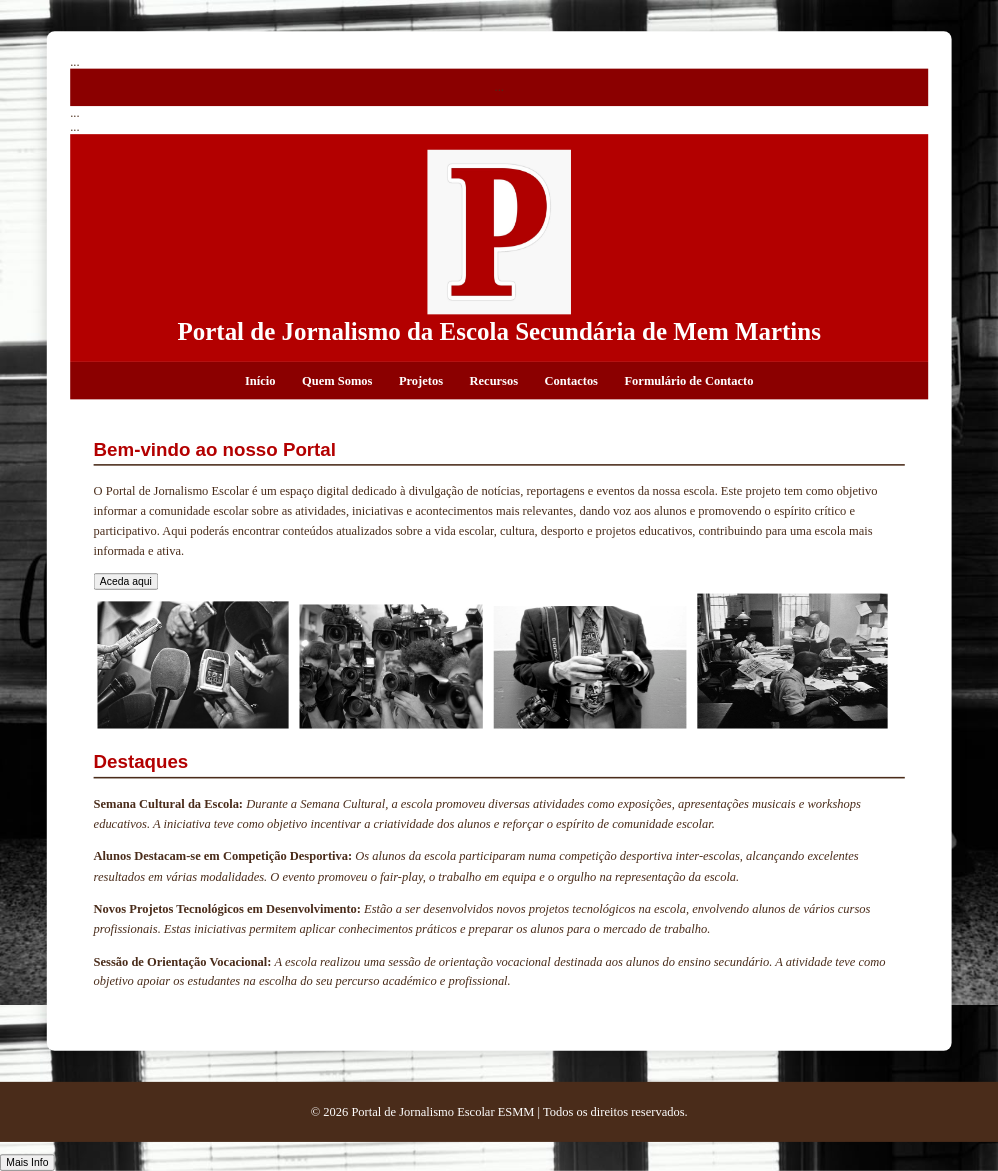
Repository: Sofiampsantos/Portal-de-Jornalismo-Escolar
Page: ProjetoProgV2/FormularioContacto/src/main/webapp/index.html
The author's editor kept a copy of each file at every save. The page is drawn from the files as they stood at one save, then again after the next save.
The browser window is 1280 px wide. The pictures show the whole page, at 78% of full size.
Backgrounds fixed to the window are drawn as part of the page. Some web fonts or font styles are not loaded; a fallback is used.

Above is the page before, as saved 2026-05-23 18:24:19.
Console error: ReferenceError: documemnt is not defined

After the next save:
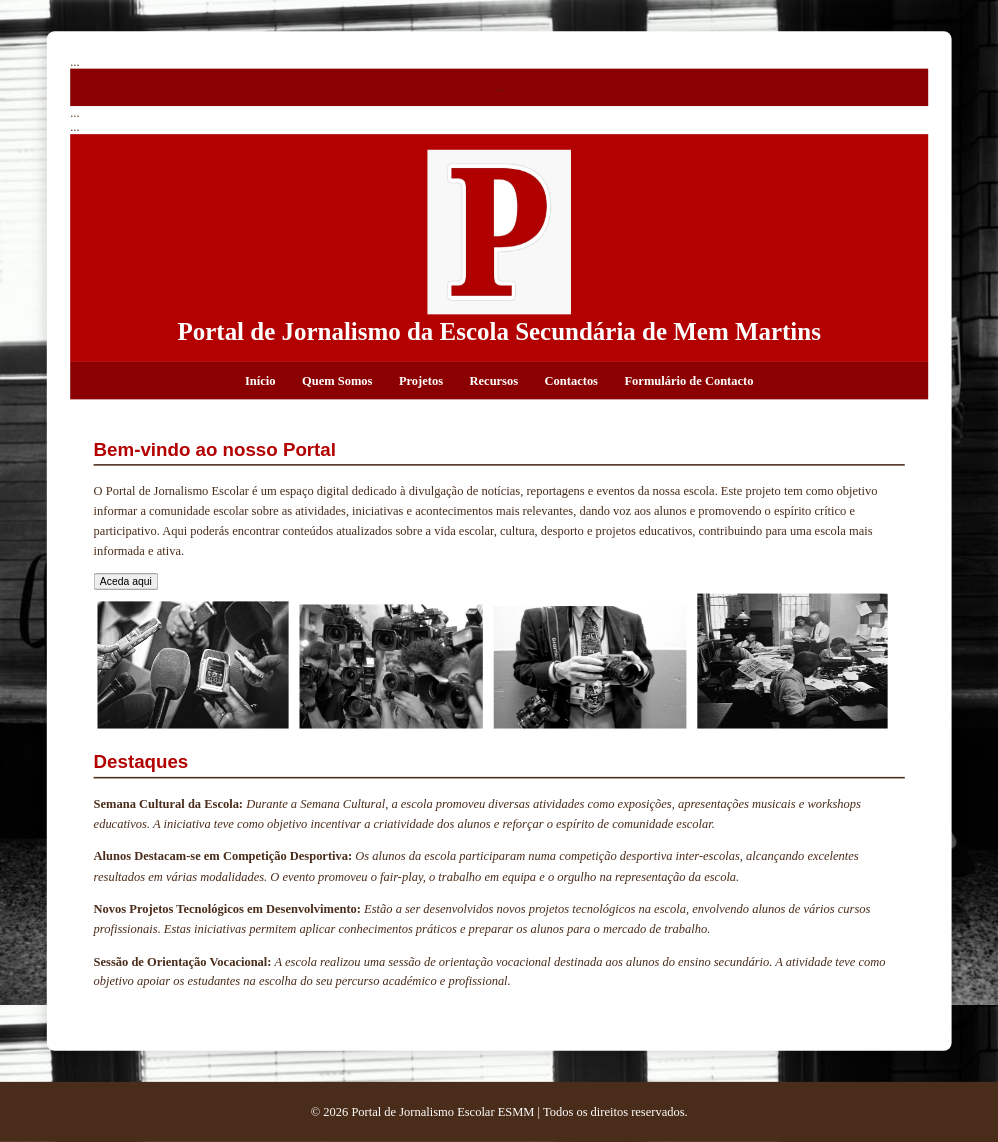
Saved 9 min 21 s later.
--- a/ProjetoProgV2/FormularioContacto/src/main/webapp/index.html
+++ b/ProjetoProgV2/FormularioContacto/src/main/webapp/index.html
@@ -108,8 +108,6 @@
 		alert("Bem-vindo ao Portal de Jornalismo da Escola Secundária de Mem Martins!");
 	</script>
 
-	<p id="mensagem"></p>
-	<button id="btnInfo">Mais Info</button>
 
 </body>
 </html>
